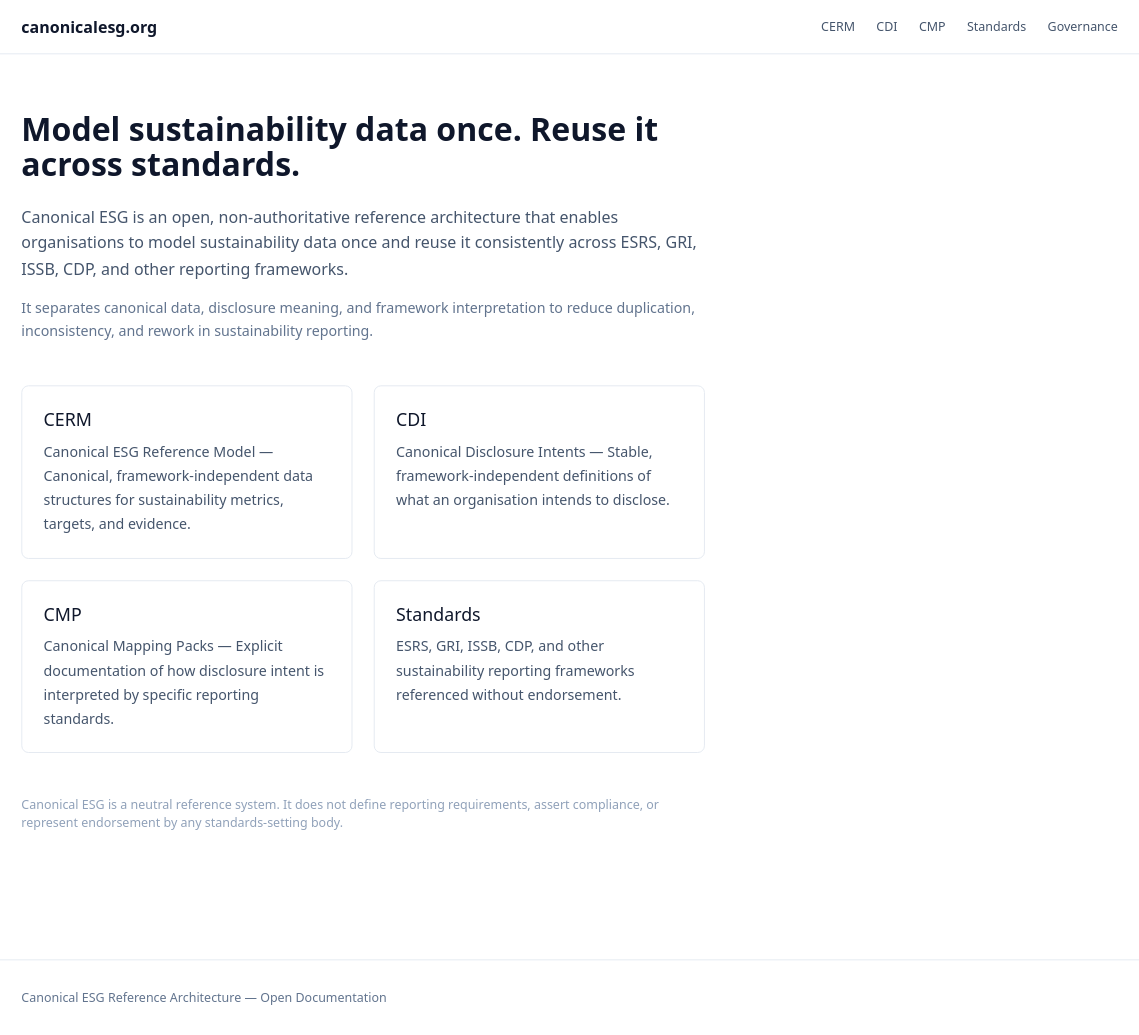
Repository: udaysxd/canonicalesg
Page: /
These files come from the project's save history. The page is drawn as it stood at one moment and after the next save; the edit follows.
The browser window is 1280 px wide. The pictures show the whole page, at 89% of full size.
The project was rebuilt for these pictures with package versions that can differ from the ones it lists, and the page was loaded fresh each time. The framework's server and built-in components were replaced by stand-ins that run in the browser. Also part of the build but not shown: next.config.ts.

Above is the page before, as saved 2026-02-02 13:10:06.

After the next save:
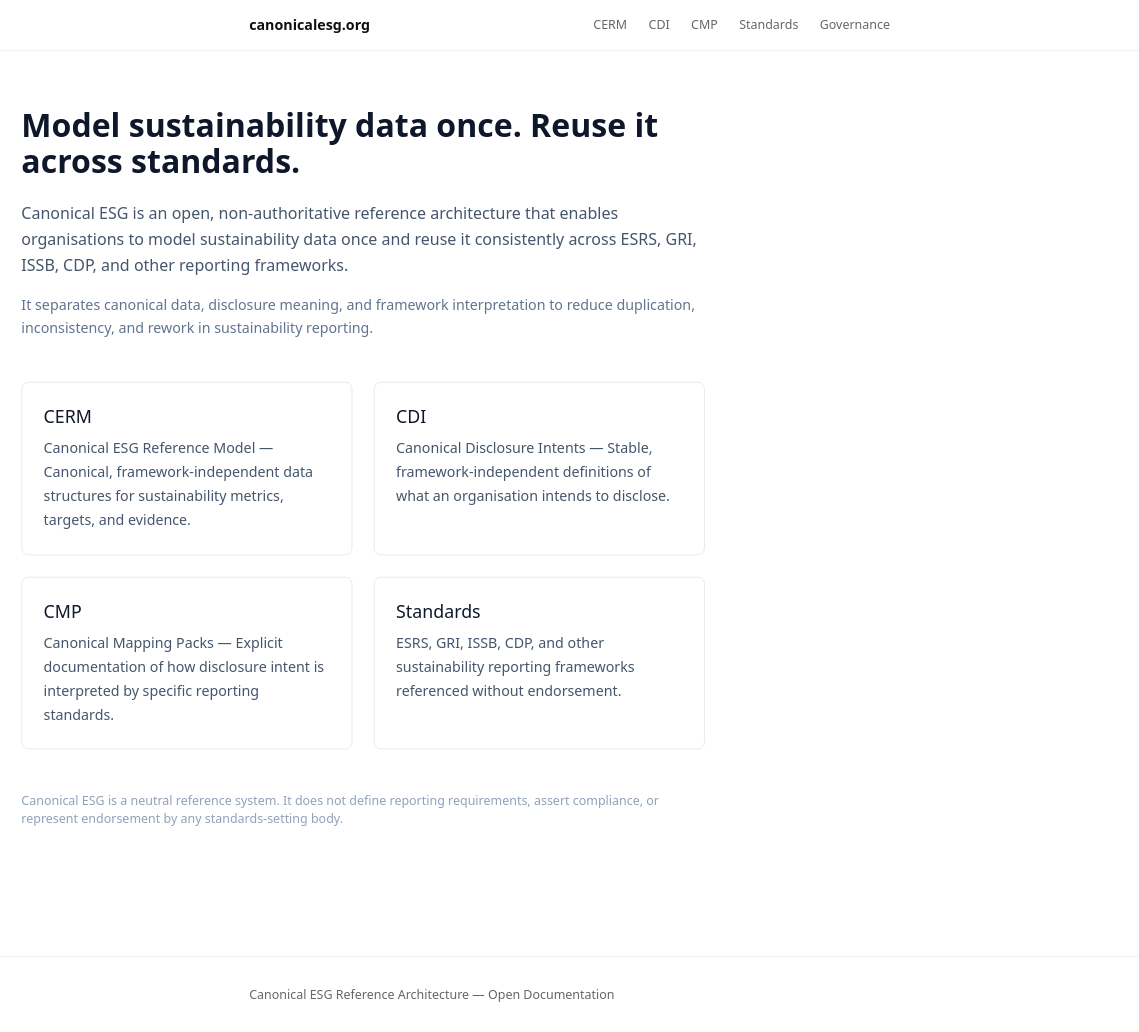
Saved 107 s later.
--- a/src/app/layout.tsx
+++ b/src/app/layout.tsx
@@ -13,26 +13,26 @@ export default function RootLayout({
 }>) {
   return (
     <html lang="en">
-      <body className="antialiased bg-white text-slate-900 font-sans">
-        <header className="border-b border-slate-200 bg-white">
-          <div className="max-w-7xl mx-auto px-6 py-4">
+      <body className="antialiased bg-white text-[#1a1a1a]" style={{ fontFamily: 'system-ui, -apple-system, BlinkMacSystemFont, "Segoe UI", Roboto, Helvetica, Arial, sans-serif' }}>
+        <header className="border-b border-[#eee] bg-white">
+          <div className="max-w-3xl mx-auto px-6 py-4">
             <nav className="flex items-center justify-between">
-              <a href="/" className="text-lg font-semibold text-slate-900">
+              <a href="/" className="text-base font-semibold text-[#111] hover:text-[#1a1a1a]">
                 canonicalesg.org
               </a>
               <ul className="flex gap-6 text-sm">
-                <li><a href="/cerm" className="text-slate-600 hover:text-slate-900">CERM</a></li>
-                <li><a href="/cdi" className="text-slate-600 hover:text-slate-900">CDI</a></li>
-                <li><a href="/cmp" className="text-slate-600 hover:text-slate-900">CMP</a></li>
-                <li><a href="/standards" className="text-slate-600 hover:text-slate-900">Standards</a></li>
-                <li><a href="/governance" className="text-slate-600 hover:text-slate-900">Governance</a></li>
+                <li><a href="/cerm" className="text-[#666] hover:text-[#1a1a1a] hover:underline">CERM</a></li>
+                <li><a href="/cdi" className="text-[#666] hover:text-[#1a1a1a] hover:underline">CDI</a></li>
+                <li><a href="/cmp" className="text-[#666] hover:text-[#1a1a1a] hover:underline">CMP</a></li>
+                <li><a href="/standards" className="text-[#666] hover:text-[#1a1a1a] hover:underline">Standards</a></li>
+                <li><a href="/governance" className="text-[#666] hover:text-[#1a1a1a] hover:underline">Governance</a></li>
               </ul>
             </nav>
           </div>
         </header>
         {children}
-        <footer className="border-t border-slate-200 mt-20">
-          <div className="max-w-7xl mx-auto px-6 py-8 text-sm text-slate-500">
+        <footer className="border-t border-[#eee] mt-20">
+          <div className="max-w-3xl mx-auto px-6 py-8 text-sm text-[#666]">
             <p>Canonical ESG Reference Architecture — Open Documentation</p>
           </div>
         </footer>
